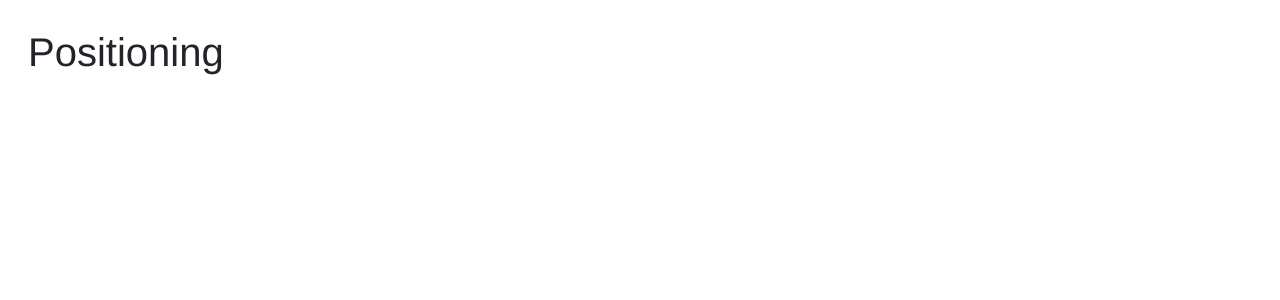
Repository: alboss/bit-175
Page: docs/positioning.html
An editor plug-in stored every save of this project. The page is shown before and after the next save, followed by the edit.
The browser window is 1280 px wide. The pictures show the whole page.

Above is the page before, as saved 2023-04-24 11:33:04.

### docs/positioning.html
<!DOCTYPE html>
<html lang="en">
  <head>
    <meta charset="UTF-8" />
    <meta http-equiv="X-UA-Compatible" content="IE=edge" />
    <meta name="viewport" content="width=device-width, initial-scale=1.0" />

    <!-- Bootstrap CSS -->
    <link
      href="https://cdn.jsdelivr.net/npm/bootstrap@5.3.0-alpha3/dist/css/bootstrap.min.css"
      rel="stylesheet"
      integrity="sha384-KK94CHFLLe+nY2dmCWGMq91rCGa5gtU4mk92HdvYe+M/SXH301p5ILy+dN9+nJOZ"
      crossorigin="anonymous" />
    <!-- Bootstrap JS -->
    <script
      src="https://cdn.jsdelivr.net/npm/bootstrap@5.3.0-alpha3/dist/js/bootstrap.bundle.min.js"
      integrity="sha384-ENjdO4Dr2bkBIFxQpeoTz1HIcje39Wm4jDKdf19U8gI4ddQ3GYNS7NTKfAdVQSZe"
      crossorigin="anonymous"></script>
    <link href="../styles/styles.css" rel="stylesheet" type="text/css" />
    <base target="example-page" />

    <title>Positioning</title>
    <style></style>
  </head>
  <body>
    <div id="everything">
    <header>
    <h1>Positioning</h1>
    </header>
    <main>
      <div id="thing-1"><h2></h2>
        <div id="thing-1-a">
          <div id="thing-1-a-a"></div>
        </div>
        <div id="thing-1-b"></div>
        <div id="thing-1-c"></div>
      </div>
      <div id="thing-2-a">
          <div id="thing-2-a-a"></div>
        </div>
        <div id="thing-2-b"></div>
        <div id="thing-2-c"></div>
      </div>
       <div id="thing-3-a">
          <div id="thing-3-a-a"></div>
        </div>
        <div id="thing-3-b"></div>
        <div id="thing-3-c"></div>
      </div>
    </main>
    </div>
  </body>
</html>

### docs/styles/styles.css
body {
  font-family: Helvetica, Arial, Sans-serif;
  font-size: 14px;
  padding: 2em;
}
#description {
  border: 2px solid #999;
  padding: 2em;
  margin: 2em;
}
#lead {
  font-size: 1.2em;
  color: #666;
}
.highlight {
  background-color: yellow;
  font-weight: bold;
}

nav.top ul {
  display: flex;
}
nav.top ul li {
  margin: 0px;
  padding: 10px 25px;
  border-inline: 2px solid #333;
  margin-left: -2px;
  background-color: cornsilk;
  list-style: none;
}
nav.top ul li:hover {
  background-color: blanchedalmond;
  list-style: none;
  display: block;
}

After the next save:
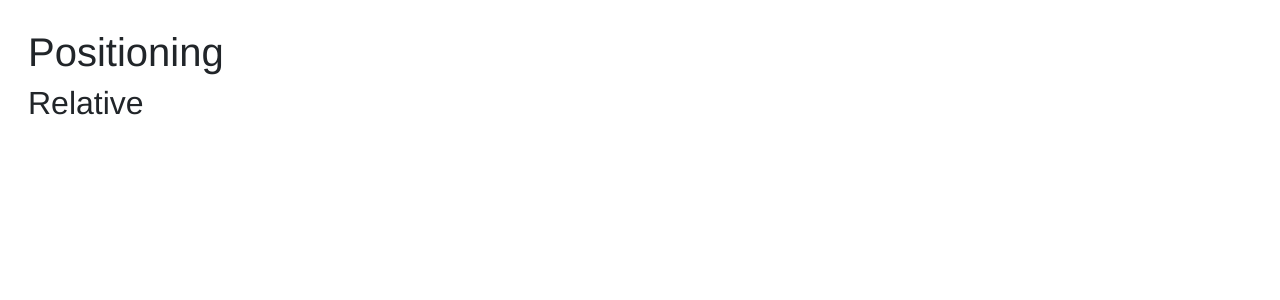
Saved 6 s later.
--- a/docs/positioning.html
+++ b/docs/positioning.html
@@ -28,7 +28,7 @@
     <h1>Positioning</h1>
     </header>
     <main>
-      <div id="thing-1"><h2></h2>
+      <div id="thing-1"><h2>Relative</h2>
         <div id="thing-1-a">
           <div id="thing-1-a-a"></div>
         </div>
